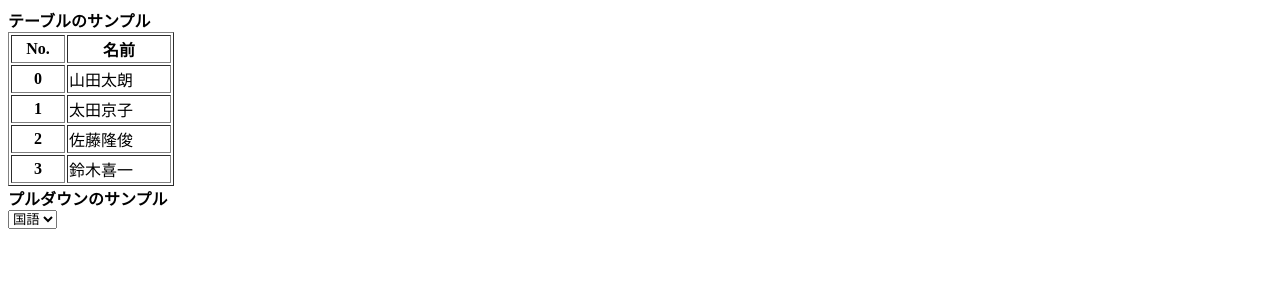
Repository: kodaihero/SpringFrameworkTutorial
Page: http://localhost/jsp/day2/jspBasis.jsp
An editor plug-in stored every save of this project. The page is shown before and after the next save, followed by the edit.
The browser window is 1280 px wide. The pictures show the whole page.
The page is served by Tomcat 9. Other server files are loaded and not shown.

Above is the page before, as saved 2022-05-17 00:56:04.

### jsp/src/main/webapp/day2/jspBasis.jsp
<?xml version="1.0" encoding="UTF-8" ?>
<%@ page language="java" contentType="text/html; charset=UTF-8"
	pageEncoding="UTF-8"%>
<!DOCTYPE html PUBLIC "-//W3C//DTD XHTML 1.0 Transitional//EN" "http://www.w3.org/TR/xhtml1/DTD/xhtml1-transitional.dtd">
<html xmlns="http://www.w3.org/1999/xhtml">
<head>
<meta http-equiv="Content-Type" content="text/html; charset=UTF-8" />
<title>Sample02</title>
</head>
<body>
	<!-- テーブルのサンプル -->
	<b>テーブルのサンプル</b>
	<br />
	<table border="1">
		<tr>
			<th width="50">No.</th>
			<th width="100">名前</th>
		</tr>
		<%
		String[] name = { "山田太朗", "太田京子", "佐藤隆俊", "鈴木喜一" };
		%>
		<%
		for (int i = 0; i < name.length; i++) {
		%>
		<tr>
			<th><%=i%></th>
			<td><%=name[i]%></td>
		</tr>
		<%
		}
		%>
	</table>
	<!-- プルダウンのサンプル -->
	<b>プルダウンのサンプル</b>
	<br />
	<%
	String[] subjects = { "国語", "数学", "理科", "社会", "英語" };
	%>
	<select>
		<%
		for (int i = 0; i < subjects.length; i++) {
		%>
		<option value="<%=i%>"><%=subjects[i]%></option>
		<%} %>
	</select>
</body>
</html>

After the next save:
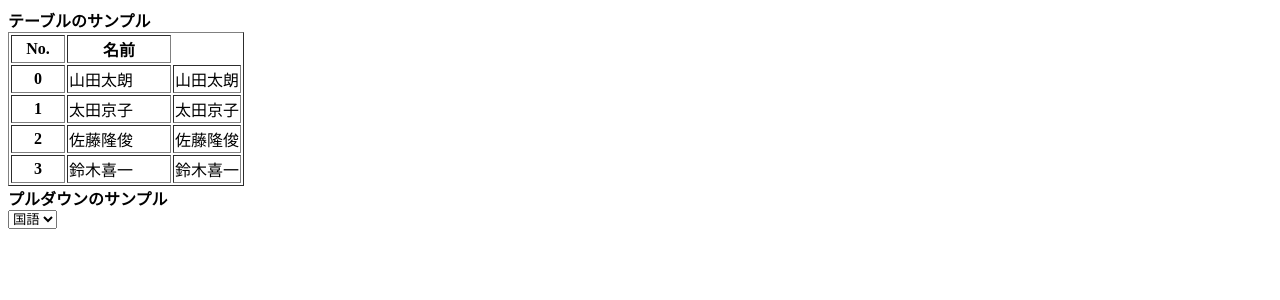
Saved 3 min 59 s later.
--- a/jsp/src/main/webapp/day2/jspBasis.jsp
+++ b/jsp/src/main/webapp/day2/jspBasis.jsp
@@ -25,6 +25,7 @@
 		<tr>
 			<th><%=i%></th>
 			<td><%=name[i]%></td>
+			<td><%=name[i]%></td>
 		</tr>
 		<%
 		}
